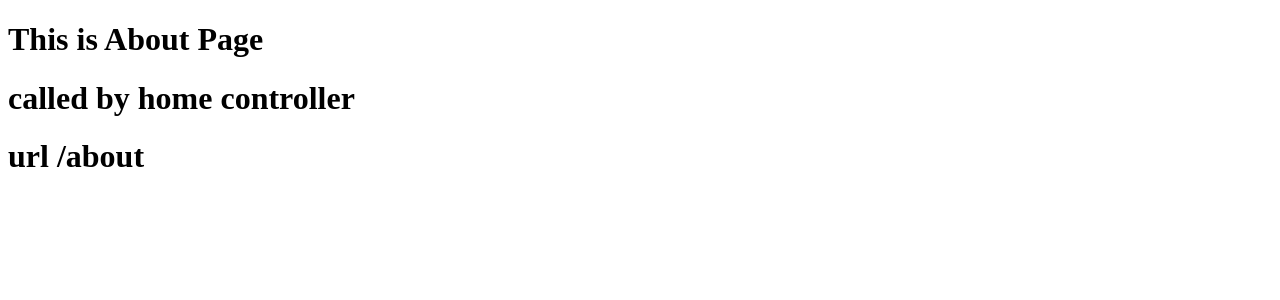
Repository: Sambit-23/Development
Page: http://localhost/springmvc/about
An editor plug-in stored every save of this project. The page is shown before and after the next save, followed by the edit.
The browser window is 1280 px wide. The pictures show the whole page.
The page is served by Tomcat 9. Other server files are loaded and not shown.

Above is the page before, as saved 2023-06-05 07:26:54.

### springmvc/src/main/webapp/WEB-INF/spring-servlet.xml
<?xml version="1.0" encoding="UTF-8"?>
<beans xmlns="http://www.springframework.org/schema/beans"
	xmlns:xsi="http://www.w3.org/2001/XMLSchema-instance"
	xmlns:context="http://www.springframework.org/schema/context"
	xmlns:p="http://www.springframework.org/schema/p"
	xsi:schemaLocation="http://www.springframework.org/schema/beans
    http://www.springframework.org/schema/beans/spring-beans.xsd
    http://www.springframework.org/schema/context
    http://www.springframework.org/schema/context/spring-context.xsd">

<context:component-scan base-package="springmvc.controller"></context:component-scan>
<bean class="org.springframework.web.servlet.view.InternalResourceViewResolver" name="viewResolver">
  <property name="prefix" value="/WEB-INF/views/" />
  <property name="suffix" value=".jsp" />
</bean>

</beans>

<!-- /WEB-INF/views/hello.jsp -->

### springmvc/src/main/webapp/WEB-INF/views/about.jsp
<%@ page language="java" contentType="text/html; charset=ISO-8859-1"
	pageEncoding="ISO-8859-1"%>
<!DOCTYPE html>
<html>
<head>
<meta charset="ISO-8859-1">
<title>About Page</title>
</head>
<body>
	<h1>This is About Page</h1>
	<h1>called by home controller</h1>
	<h1>url /about</h1>
</body>
</html>

### springmvc/src/main/java/springmvc/controller/HomeController.java
package springmvc.controller;

import org.springframework.stereotype.Controller;
import org.springframework.web.bind.annotation.RequestMapping;

@Controller
public class HomeController {

	@RequestMapping("/home")
	public String home() {
		System.out.println("this is home url");
		return "index";
	}

	@RequestMapping("/about")
	public String about() {
		System.out.println("this is about url");
		return "about";
	}

}

After the next save:
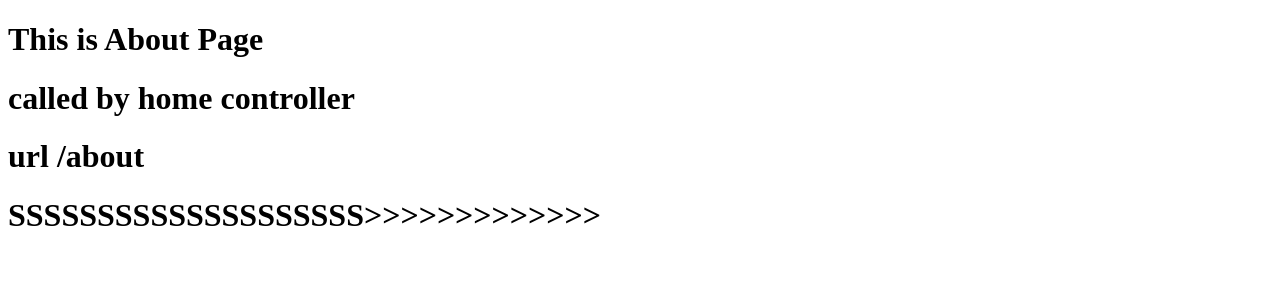
Saved 65 min 11 s later.
--- a/springmvc/src/main/webapp/WEB-INF/views/about.jsp
+++ b/springmvc/src/main/webapp/WEB-INF/views/about.jsp
@@ -10,5 +10,6 @@
 	<h1>This is About Page</h1>
 	<h1>called by home controller</h1>
 	<h1>url /about</h1>
+	<h1>SSSSSSSSSSSSSSSSSSSS>>>>>>>>>>>>></h1>
 </body>
 </html>
